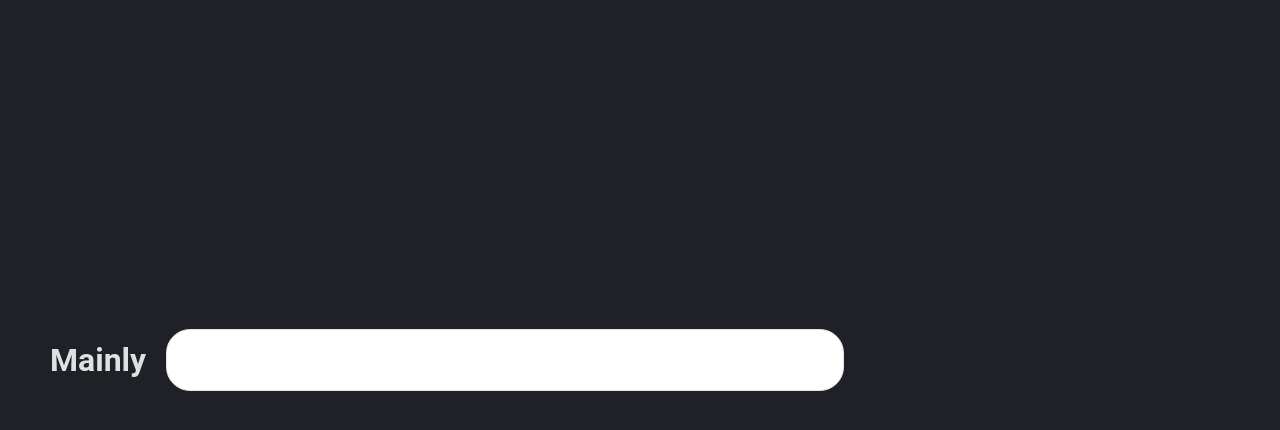
Repository: M1NARTY/WebProgramming
Page: feelLuck.html
An editor plug-in stored every save of this project. The page is shown before and after the next save, followed by the edit.
The browser window is 1280 px wide. The pictures show the whole page.

Above is the page before, as saved 2023-12-18 00:36:32.

After the next save:
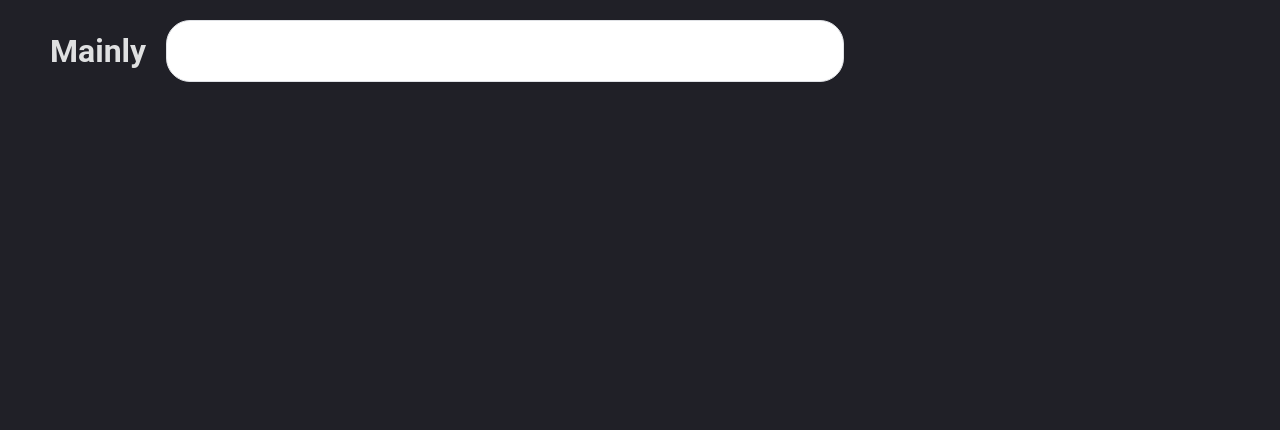
Saved 13 s later.
--- a/feelLuck.css
+++ b/feelLuck.css
@@ -6,7 +6,7 @@
 .top {
     display: flex;
     align-items: center; /* 세로 중앙 정렬을 위해 추가 */
-    height: 100vh; /* 화면 전체 높이를 차지하도록 설정 */
+    /*height: 100vh; /* 화면 전체 높이를 차지하도록 설정 */
 }
 
 .top h1  {
